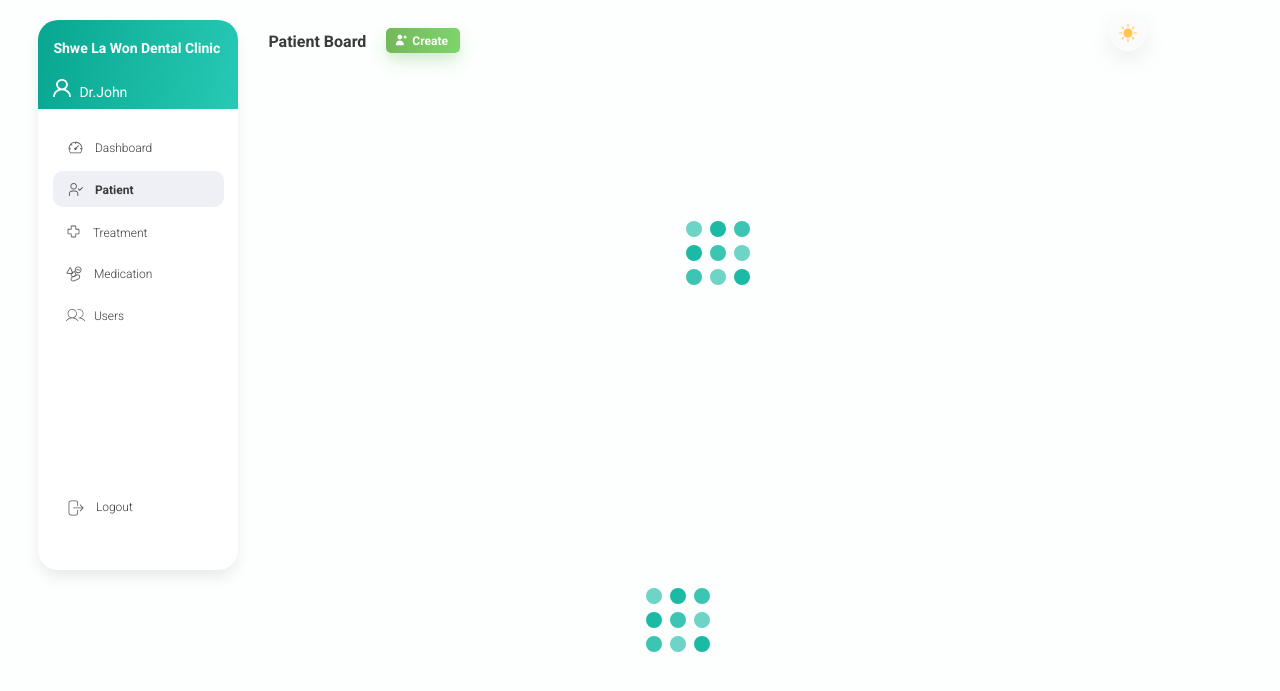
Repository: mrkaskar/frontendpatientrecord_typescript
Page: /patient
These files come from the project's save history. The page is drawn as it stood at one moment and after the next save; the edit follows.
The browser window is 1280 px wide. The pictures show the whole page.
The page's requests for data from a server got no answer. An inner scrolling area shows only its first screen. The project was rebuilt for these pictures with package versions that can differ from the ones it lists, and the page was loaded fresh each time. No one was signed in, and anything a server would have sent is missing. Also part of the build but not shown: src/components/checkbox/styles/index.css, src/components/checkbox/main.tsx, src/components/dropdown/styles/index.css, src/components/dropdown/main.tsx, src/components/iconbutton/styles/index.css, src/components/iconbutton/main.tsx, src/components/table/styles/index.css, src/components/table/main.tsx and 36 more.

Above is the page before, as saved 2021-12-26 21:29:32.

### src/index.tsx
import React from 'react';
import ReactDOM from 'react-dom';
import './index.css';
import { QueryClient, QueryClientProvider } from 'react-query';
import App from './App';
import ThemeProvider from './components/global/context/ThemeProvider';

const queryClient = new QueryClient();

ReactDOM.render(
  <ThemeProvider>
    <QueryClientProvider client={queryClient}>
      <App />
    </QueryClientProvider>
  </ThemeProvider>,
  document.getElementById('root'),
);

### src/index.css
body {
  margin: 0;
  font-family: -apple-system, BlinkMacSystemFont, 'Segoe UI', 'Roboto', 'Oxygen',
    'Ubuntu', 'Cantarell', 'Fira Sans', 'Droid Sans', 'Helvetica Neue',
    sans-serif;
  -webkit-font-smoothing: antialiased;
  -moz-osx-font-smoothing: grayscale;
}
body,
html {
  margin: 0;
  padding: 0;
}
* {
  box-sizing: border-box;
}
code {
  font-family: source-code-pro, Menlo, Monaco, Consolas, 'Courier New',
    monospace;
}

### src/App.tsx
import React, { useContext } from 'react';
import './App.css';
import {
  BrowserRouter as Router,
  Switch,
  Route,
} from 'react-router-dom';
import Colors from './components/global/themes/colors';
import { Toggler, Navbar } from './components';
import { ThemeContext } from './components/global/context/ThemeProvider';
import Dashboard from './screens/large/Dashboard';
import Patient from './screens/large/Patient';
import Medication from './screens/large/Medication';
import Treatment from './screens/large/Treatment';
import Users from './screens/large/Users';

function App():JSX.Element {
  const { theme } = useContext(ThemeContext);
  return (
    <div
      className="App"
      style={{
        backgroundColor: Colors.background[theme],
      }}
    >
      <Router>
        <div id="space">
          <div id="nav-space">
            <Navbar />
          </div>
          <div id="body-space">
            <span id="toggler">
              <Toggler />
            </span>
            <Switch>
              <Route path="/" exact component={Dashboard} />
              <Route path="/patient" exact component={Patient} />
              <Route path="/medication" exact component={Medication} />
              <Route path="/treatment" exact component={Treatment} />
              <Route path="/users" exact component={Users} />
            </Switch>
          </div>
        </div>
      </Router>
    </div>

  );
}

export default App;

### src/components/global/context/ThemeProvider.tsx
import React, { createContext } from 'react';

type Theme = 'light' | 'dark';

export interface IThemeContext {
  theme: Theme;
  toggleTheme: () => null
}
export const ThemeContext = createContext<IThemeContext>({
  theme: 'light',
  toggleTheme: () => null,
});

function ThemeProvider({ children }:{children: JSX.Element}):JSX.Element {
  const [theme, setTheme] = React.useState<Theme>('light');
  let toggleTheme = ():null => {
    setTheme((prevTheme) => (prevTheme === 'light' ? 'dark' : 'light'));
    return null;
  };
  toggleTheme = React.useCallback(toggleTheme, []);

  return (
    <ThemeContext.Provider
      value={{ theme, toggleTheme }}
    >
      {children}
    </ThemeContext.Provider>
  );
}

export default ThemeProvider;

### src/App.css
@import url('https://fonts.googleapis.com/css2?family=Roboto&display=swap');
@import url('https://fonts.googleapis.com/css2?family=Roboto:wght@100;300;400;700&display=swap');
body {
  font-family: 'Roboto', sans-serif;
}

.App {
  transition: 0.3s;
  padding-left: 3%;
  height: 100vh;
  overflow: auto;
}

#space {
  display: flex;
  padding-top: 20px;
}

#body-space {
  position: relative;
  padding-left: 30px;
  padding-top: 0px;
}
#toggler {
  position: absolute;
  right: 0;
  top: -20px;
}

.board-title {
  font-weight: bold;
  display: inline-block;
  margin-top: 8px;
}
#patient-create:hover {
  cursor: pointer;
}
select {
  font-size: 12px;
  height: 24px;
  margin-top: 10px;
  padding: 3px 5px 3px 5px;
  border-radius: 5px;
  border: none;
}

select:focus {
  outline: none;
}

### src/components/global/themes/colors/index.ts
export default {
  background: {
    light: '#FCFFFD',
    dark: '#222626',
  },
  inputback: {
    light: '#F3F3F3',
    dark: '#414141',
  },
  level1: {
    light: '#FFFFFF',
    dark: '#2C2D31',
  },
  text: {
    light: '#3A3A3A',
    dark: '#FFFFFF',
  },
  lightText: {
    light: '#595959',
    dark: '#FFFFFF',
  },
};

### src/components/index.ts
export { default as Checkbox } from './checkbox';
export { default as Dropdown } from './dropdown';
export { default as Table } from './table';
export { default as Toggler } from './global/themes';
export { default as TextBox } from './textbox';
export { default as Modal } from './modal';
export { default as Image } from './imageupload';
export { default as Navbar } from './navbar';
export { default as Dashcard } from './dashcard';
export { default as Button } from './button';
export { default as Loader } from './loading';

### src/screens/large/Patient.tsx
import React, { ReactElement } from 'react';
import { ThemeContext } from '../../components/global/context/ThemeProvider';
import colors from '../../components/global/themes/colors';
import { ReactComponent as Add } from '../../assets/addpatient.svg';
import './Patient.css';
import PatientTable from '../../modules/patient/components/PatientTable';
import CreateModal from '../../modules/patient/components/CreateModal';

function Patient():ReactElement {
  const { theme } = React.useContext(ThemeContext);
  const [modal, setModal] = React.useState(false);
  return (
    <div>
      {modal && <CreateModal modal={modal} setModal={setModal} />}
      <span
        className="board-title"
        style={{
          color: colors.text[theme],
        }}
      >
        Patient Board
        <span
          aria-hidden="true"
          onClick={() => setModal(true)}
          id="patient-create"
          style={{
            display: 'inline-block',
            background: 'linear-gradient(90deg, #73B85A 0%, #87E777 165%)',
            boxShadow: '0px 8px 16px -2px rgba(116, 186, 92, 0.35)',
            borderRadius: '5px',
            boxSizing: 'border-box',
            paddingLeft: '8px',
            width: '74px',
            height: '25px',
            color: 'white',
            paddingTop: '4px',
            position: 'relative',
            marginLeft: '20px',
          }}
        >
          <Add />
          <span style={{
            fontSize: '12px',
            position: 'absolute',
            top: '6px',
            left: '26px',
          }}
          >
            Create
          </span>
        </span>
      </span>

      <div id="patient-board-body">
        <PatientTable />
      </div>
    </div>
  );
}

export default Patient;

### src/modules/patient/components/PatientTable.tsx
import React, { ReactElement } from 'react';
import { useMutation, useQuery, useQueryClient } from 'react-query';
import { Loader, Table } from '../../../components';
import DetailModal from './DetailModal';
import { deletePatient, getAllPatient } from '../api/apiFunctions';
import CreateModal from './CreateModal';
import DeleteModal from '../../global/DeleteModal';

function PatientTable():ReactElement {
  const [detailModal, setDetailModal] = React.useState(false);
  const [editModal, setEditModal] = React.useState(false);
  const [deleteModal, setDeleteModal] = React.useState(false);
  const allpatient = useQuery('patients', getAllPatient);
  const [detailid, setDetailid] = React.useState('initial');
  const [data, setData] = React.useState<{headers:string[], body:string[][]}>({
    headers: ['Registration', 'Name', 'Phone', 'Age', 'Address', 'Actions'],
    body: [[]],
  });
  const [chosen, setChosen] = React.useState<
  {
    id: string
    folderId: string
    reg: string
    name: string
    phone: string
    age: string
    address: string
    total: number
    date: string
    takenTreatment: {id: string, tname: string, cost: number}[]
    medicine: {id: string, mname: string, munit: number, cost: number, stock: string}[]
    medCount: number[]
    images: string[]
  }
  >();
  React.useEffect(() => {
    if (allpatient.data) {
      const patients:string[][] = [];
      allpatient.data.forEach((patient) => {
        patients.push([
          patient.reg,
          patient.name,
          patient.phone,
          patient.age,
          patient.address,
          'actions',
          patient.id,
        ]);
      });
      setData({ ...data, body: patients });
    }
  // eslint-disable-next-line react-hooks/exhaustive-deps
  }, [allpatient.data, detailid]);

  React.useEffect(() => {
    if (detailid.length >= 10 && data.body.length > 0 && allpatient.data) {
      const patient = allpatient.data.find((e) => e.id === detailid);
      if (patient) {
        const { treatment } = patient;
        const chosenP = {
          id: patient.id,
          folderId: patient.folderId,
          reg: patient.reg,
          name: patient.name,
          phone: patient.phone,
          age: patient.age,
          address: patient.address,
          total: patient.total,
          date: patient.date,
          // eslint-disable-next-line no-underscore-dangle
          takenTreatment: treatment.map((ee) => ({ id: ee._id, tname: ee.name, cost: +ee.charge })),
          // eslint-disable-next-line max-len
          medicine: patient.medicine.map((ee, index) => ({
          // eslint-disable-next-line no-underscore-dangle
            id: ee._id,
            mname: ee.name,
            munit: patient.medCount[index],
            cost: +ee.price,
            stock: ee.stock,
          })),
          medCount: patient.medCount,
          images: patient.images,
        };
        setChosen(chosenP);
      }
    }
  // eslint-disable-next-line react-hooks/exhaustive-deps
  }, [data.body, detailid]);

  const queryClient = useQueryClient();

  // eslint-disable-next-line max-len
  const deleteP = useMutation((dataid:{id: string, folderId: string}) => deletePatient(dataid), {
    onSuccess: () => {
      setDeleteModal(false);
    },
  });
  const todelete = ():void => {
    if (chosen) {
      setTimeout(() => {
        setData({ ...data, body: data.body.filter((e) => e[6] !== chosen.id) });
      }, 100);
      setTimeout(() => {
        queryClient.removeQueries('patients');
      }, 100);
      deleteP.mutate({ id: chosen.id, folderId: chosen.folderId });
    }
  };
  return (
    <div>

      {
      detailModal && chosen && (
      <DetailModal
        userdata={chosen}
        setDetailModal={setDetailModal}
      />
      )
    }
      {
      editModal && chosen && (
        <CreateModal
          modal={editModal}
          setModal={setEditModal}
          patientdata={chosen}
        />
      )
    }
      {
        // eslint-disable-next-line no-nested-ternary
        deleteModal && !deleteP.isLoading ? (
          <DeleteModal
            setDeleteModal={setDeleteModal}
            confirm={todelete}
          />
        ) : 1 < 2
          ? (
            <div
              style={{
                height: '400px',
                display: 'flex',
                justifyContent: 'center',
                alignItems: 'center',
                position: 'absolute',
                left: '400px',
                top: '400px',
              }}
            >
              <Loader />
            </div>
          )
          : null
      }
      <div style={{ width: '900px' }}>
        {
      allpatient.isLoading
        ? (
          <div
            style={{
              height: '400px',
              display: 'flex',
              justifyContent: 'center',
              alignItems: 'center',
            }}
          >
            <Loader />
          </div>
        )
        : (
          <Table
            setDetailModal={setDetailModal}
            setEditModal={setEditModal}
            setDeleteModal={setDeleteModal}
            setDetailid={setDetailid}
            data={data}

          />
        )
    }
      </div>
    </div>
  );
}

export default PatientTable;

### src/components/global/themes/main.tsx
import React, { CSSProperties } from 'react';
import { ThemeContext } from '../context/ThemeProvider';
import { ReactComponent as Moon } from './assets/moon.svg';
import { ReactComponent as Sun } from './assets/sun.svg';

function Toggler():JSX.Element {
  const { theme, toggleTheme } = React.useContext(ThemeContext);

  const styles :CSSProperties = {
    width: 80,
    height: 80,
    display: 'flex',
    justifyContent: 'center',
    alignItems: 'center',
  };
  return (
    <div>
      {
        theme === 'light'
          ? (
            <div style={styles} aria-hidden="true" onClick={toggleTheme}>
              <Sun />
            </div>
          )
          : (
            <div style={styles} aria-hidden="true" onClick={toggleTheme}>
              <Moon />
            </div>
          )
      }
    </div>
  );
}

export default Toggler;

### src/components/navbar/main.tsx
import React, { ReactElement } from 'react';
import { Link, useLocation } from 'react-router-dom';

import Navitem from './nav-item';
import './styles/index.css';
import { ReactComponent as User } from './assets/user.svg';
import { ReactComponent as Home } from './assets/home.svg';
import { ReactComponent as Patient } from './assets/patient.svg';
import { ReactComponent as Treatment } from './assets/treatment.svg';
import { ReactComponent as Medicine } from './assets/medicine.svg';
import { ReactComponent as Users } from './assets/users.svg';
import { ReactComponent as Logout } from './assets/logout.svg';
import colors from '../global/themes/colors';
import { ThemeContext } from '../global/context/ThemeProvider';

const paths = {
  dashboard: '/',
  patient: '/patient',
  treatment: '/treatment',
  medication: '/medication',
  users: '/users',
};
function Navbar():ReactElement {
  const { theme } = React.useContext(ThemeContext);
  const { pathname } = useLocation();
  const {
    dashboard, patient, treatment, medication, users,
  } = paths;
  return (
    <div
      id="nav-wrapper"
      style={{
        backgroundColor: colors.level1[theme],
      }}
    >
      <div id="nav-header">
        <span id="title">
          Shwe La Won Dental Clinic
        </span>
        <span id="usericon">
          <User />
        </span>
        <span id="username">
          Dr.John
        </span>
      </div>
      <div
        id="nav-body"
        style={{
          color: colors.text[theme],
        }}
      >

        <Link to={dashboard}>
          <Navitem
            Icon={Home}
            label="Dashboard"
            active={pathname === dashboard}
            theme={theme}
          />
        </Link>
        <Link to={patient}>
          <Navitem
            Icon={Patient}
            label="Patient"
            theme={theme}
            active={pathname === patient}
          />
        </Link>
        <Link to={treatment}>
          <Navitem
            Icon={Treatment}
            label="Treatment"
            theme={theme}
            active={pathname === treatment}
          />
        </Link>
        <Link to={medication}>
          <Navitem
            Icon={Medicine}
            label="Medication"
            theme={theme}
            active={pathname === medication}
          />
        </Link>
        <Link to={users}>
          <Navitem
            Icon={Users}
            label="Users"
            theme={theme}
            active={pathname === users}
          />
        </Link>
        <div style={{
          height: '150px',
        }}
        />
        <Navitem
          Icon={Logout}
          label="Logout"
          theme={theme}
        />

      </div>
    </div>
  );
}

export default Navbar;

### src/components/loading/main.tsx
import React, { ReactElement } from 'react';
import './styles/index.css';

function Loader():ReactElement {
  return (

    <div className="lds-grid">
      <div />
      <div />
      <div />
      <div />
      <div />
      <div />
      <div />
      <div />
      <div />
    </div>
  );
}

export default Loader;

### src/helpers/api/backend.ts
// const base = 'https://backendpatientapp.herokuapp.com';
const base = 'http://localhost:5000';
export const url = `${base}/api`;

### src/modules/patient/api/apiFunctions.ts
import axios from 'axios';
import { url } from '../../../helpers/api/backend';

export interface IPatient {
  id: string;
  reg: string;
  name: string;
  phone: string;
  age: string;
  address: string;
  folderId: string;
  total: number;
  date: string;
  treatment: {_id: string, name: string, charge: string}[];
  medicine: {_id: string, name: string, price: string, stock: string}[];
  medCount: number[];
  images: string[];
}

export async function getAllPatient(): Promise<IPatient[]> {
  const result = await axios.get(`${url}/patients/get`);
  const { data } = result;

  return data;
}

export interface IUploadPatient {
  name: string;
  phone: string;
  address: string;
  regNum: string;
  age: string;
  total: number;
  treatments: string;
  medicine: string;
  images: string;
  id?:string;
}
export async function createPatient(data:IUploadPatient): Promise<void> {
  try {
    await axios.post(`${url}/patients/add`, data);
  } catch {
    throw new Error();
  }
}

export async function updatePatient(data:IUploadPatient): Promise<void> {
  try {
    await axios.post(`${url}/patients/update`, data);
  } catch {
    throw new Error();
  }
}

export async function deletePatient(data:{id: string, folderId: string}): Promise<void> {
  try {
    await axios.post(`${url}/patients/delete`, data);
  } catch {
    throw new Error();
  }
}

### src/components/navbar/styles/index.css
#nav-wrapper {
  box-shadow: 0px 8px 16px -2px rgba(0, 0, 0, 0.09);
  border-radius: 20px;
  width: 200px;
  height: 550px;
}

#nav-header {
  box-sizing: border-box;
  background: linear-gradient(100.95deg, #09a792 2.81%, #32d5bf 132.37%);
  border-radius: 20px 20px 0px 0px;
  width: 200px;
  height: 89px;
  color: white;
  padding-top: 20px;
  padding-left: 15px;
  font-size: 14px;
  margin-bottom: 20px;
}

#title {
  font-weight: bold;
  display: block;
  margin-bottom: 23px;
}

#username {
  margin-left: 8px;
}

a {
  color: inherit;
  text-decoration: none;
}

### src/components/loading/styles/index.css
.lds-grid {
  display: inline-block;
  position: relative;
  width: 80px;
  height: 80px;
}
.lds-grid div {
  position: absolute;
  width: 16px;
  height: 16px;
  border-radius: 50%;
  background: rgb(0, 179, 155);
  animation: lds-grid 1.2s linear infinite;
}
.lds-grid div:nth-child(1) {
  top: 8px;
  left: 8px;
  animation-delay: 0s;
}
.lds-grid div:nth-child(2) {
  top: 8px;
  left: 32px;
  animation-delay: -0.4s;
}
.lds-grid div:nth-child(3) {
  top: 8px;
  left: 56px;
  animation-delay: -0.8s;
}
.lds-grid div:nth-child(4) {
  top: 32px;
  left: 8px;
  animation-delay: -0.4s;
}
.lds-grid div:nth-child(5) {
  top: 32px;
  left: 32px;
  animation-delay: -0.8s;
}
.lds-grid div:nth-child(6) {
  top: 32px;
  left: 56px;
  animation-delay: -1.2s;
}
.lds-grid div:nth-child(7) {
  top: 56px;
  left: 8px;
  animation-delay: -0.8s;
}
.lds-grid div:nth-child(8) {
  top: 56px;
  left: 32px;
  animation-delay: -1.2s;
}
.lds-grid div:nth-child(9) {
  top: 56px;
  left: 56px;
  animation-delay: -1.6s;
}
@keyframes lds-grid {
  0%,
  100% {
    opacity: 1;
  }
  50% {
    opacity: 0.5;
  }
}

### src/components/navbar/nav-item/main.tsx
import React, { ReactElement } from 'react';
import './styles/index.css';

interface INavItem{
  Icon: React.FunctionComponent<React.SVGProps<SVGSVGElement>>
  label: string
  active?: boolean
  theme: 'dark' | 'light'
}

function Navitem({
  Icon, label, active, theme,
}:INavItem):ReactElement {
  return (
    <div
      className={`nav-item-wrapper ${active ? 'nav-active' : null}`}
      style={{
        // eslint-disable-next-line no-nested-ternary
        backgroundColor: active ? (theme === 'light' ? '#EEF0F6' : '#35363B') : '',

      }}
    >
      <div className={`nav-icon ${label}-icon`}>
        <Icon
          style={{
            filter: `${theme === 'dark' ? 'invert(100%) sepia(0%) saturate(8%) hue-rotate(236deg) brightness(104%) contrast(105%)' : ''}`,
          }}
        />
      </div>
      <div className={`nav-label ${label}`}>
        {label}
      </div>
    </div>
  );
}

Navitem.defaultProps = {
  active: false,
};

export default Navitem;

### src/components/navbar/nav-item/styles/index.css
.nav-item-wrapper {
  box-sizing: border-box;
  padding: 11px 0px 7px 15px;
  height: 36px;
  font-size: 12px;
  width: 171px;
  margin: 0 auto;
  display: flex;
  margin-bottom: 6px;
  font-weight: 300;
}
.nav-item-wrapper:hover {
  cursor: pointer;
}

.nav-active {
  font-weight: bold;
  border-radius: 10px;
}
.nav-label {
  margin-left: 12px;
  display: inline-block;
  height: 15px;
}
.Users {
  margin-top: 1px;
  margin-left: 8px;
}
.Dashboard {
  margin-top: 1px;
}
.Patient {
  margin-top: 1px;
}
.Medication {
  margin-top: 1px;
  margin-left: 10px;
}
.Treatment {
  margin-top: 2px;
}
.Treatment-icon {
  margin-left: -2px;
}
.Medication-icon {
  margin-left: -4px;
  margin-top: -2px;
}
.Users-icon {
  margin-left: -3px;
  margin-top: -3px;
}

Loaded but not shown: public/index.html (common file); src/components/checkbox/index.ts (common file); src/components/dropdown/index.ts (common file); src/components/table/index.ts (common file); src/components/global/themes/index.ts (common file); src/components/textbox/index.ts (common file); src/components/modal/index.ts (common file); src/components/imageupload/index.ts (common file); src/components/navbar/index.ts (common file); src/components/dashcard/index.ts (common file); src/components/button/index.ts (common file); src/components/loading/index.ts (common file); src/components/navbar/nav-item/index.ts (common file)

After the next save:
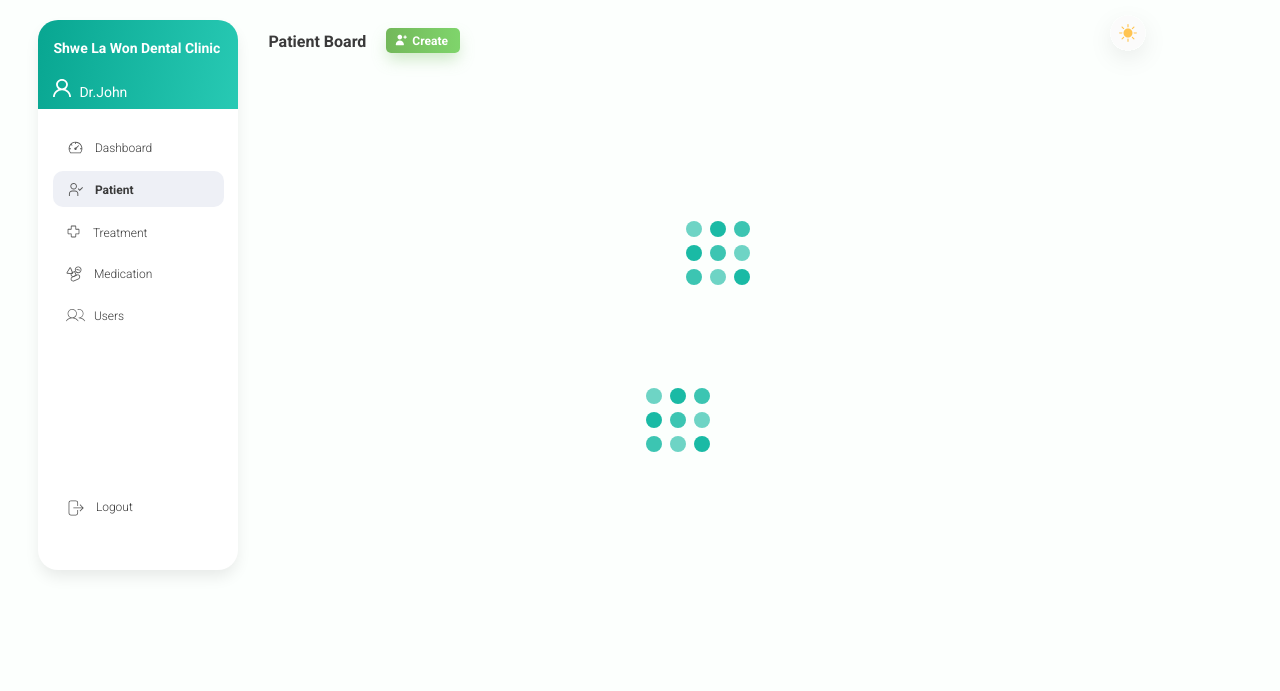
Saved 5 s later.
--- a/src/modules/patient/components/PatientTable.tsx
+++ b/src/modules/patient/components/PatientTable.tsx
@@ -143,7 +143,7 @@ function PatientTable():ReactElement {
                 alignItems: 'center',
                 position: 'absolute',
                 left: '400px',
-                top: '400px',
+                top: '200px',
               }}
             >
               <Loader />
